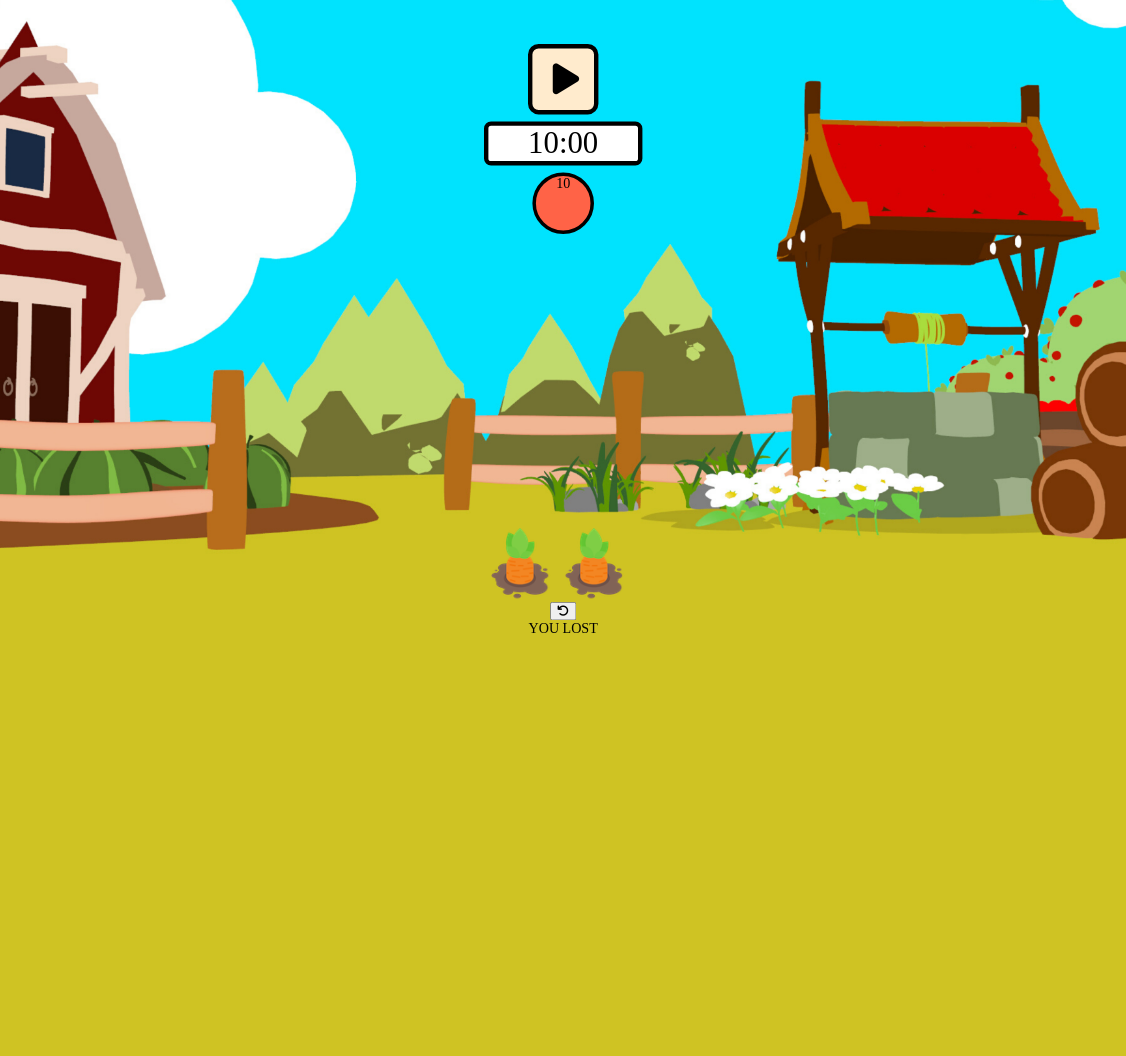
Repository: keehoonjung/Bug-Game
Page: index.html
These files come from the project's save history. The page is drawn as it stood at one moment and after a run of saves; the edit follows.
The browser window is 1280 px wide. The pictures show the whole page, at 88% of full size.
Some web libraries are served in a nearby version.

Above is the page before, as saved 2021-08-10 10:57:56.

### index.html
<!DOCTYPE html>
<html lang="en">
<head>
    <meta charset="UTF-8">
    <meta http-equiv="X-UA-Compatible" content="IE=edge">
    <meta name="viewport" content="width=device-width, initial-scale=1.0">
    <title>Document</title>
    <link rel="stylesheet" href="style.css">
    <script src="main.js"></script>
    <script src="https://kit.fontawesome.com/a7a8d59961.js" crossorigin="anonymous"></script>
</head>
<body>
    <section class="container">
        <section class="header">
            <button class="play__btn">
                <i class="fas fa-play"></i>
            </button>
            <div class="timer">
                10:00
            </div>
            <div class="count">10</div>
        </section>
        <section class="playground">
            <img src="./img/carrot.png" alt="carrot">
            <img src="./img/carrot.png" alt="carrot">
        </section>
        <div class="popup">
            <button class="retry">
                <i class="fas fa-undo"></i>
            </button>
            <div class="message">YOU LOST</div>
        </div>
    </section>
</body>
</html>

### style.css
* {
  box-sizing: border-box;
}

body {
  margin: 0;
}

button {
}
.container {
  background: center/ cover no-repeat url(/img/background.png);
  height: 1200px;
  text-align: center;
}

.header {
  height: 600px;
  padding-top: 50px;
}

.play__btn {
  width: 80px;
  height: 80px;
  background-color: blanchedalmond;
  font-size: 40px;
  border: 5px solid black;
  border-radius: 12px;
  padding-left: 12px;
  margin-bottom: 8px;
}

.timer {
  margin: auto;
  width: 180px;
  height: 50px;
  border: 5px solid black;
  border-radius: 8px;
  font-size: 35px;
  background-color: white;
  margin-bottom: 8px;
}

.count {
  margin: auto;
  width: 70px;
  height: 70px;
  background-color: tomato;
  border: 4px solid black;
  border-radius: 50%;
}

Loaded but not shown: main.js (no copy from this time; the picture is the same without it)

After the next 2 saves:
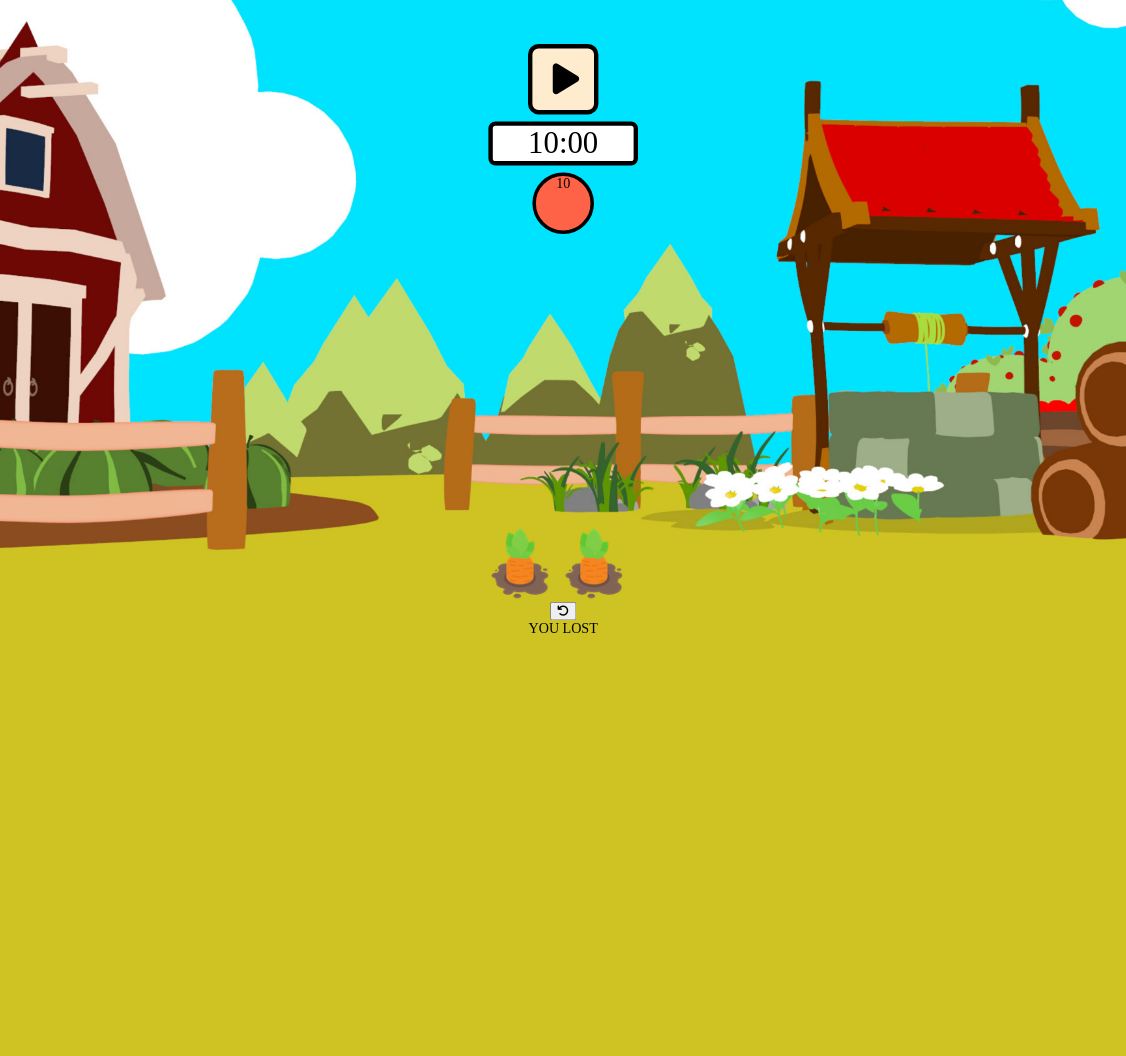
The 2 saves are shown as one change because they came seconds apart.
The last was saved 9 s later.
--- a/style.css
+++ b/style.css
@@ -32,7 +32,7 @@
 
 .timer {
   margin: auto;
-  width: 180px;
+  width: 170px;
   height: 50px;
   border: 5px solid black;
   border-radius: 8px;
